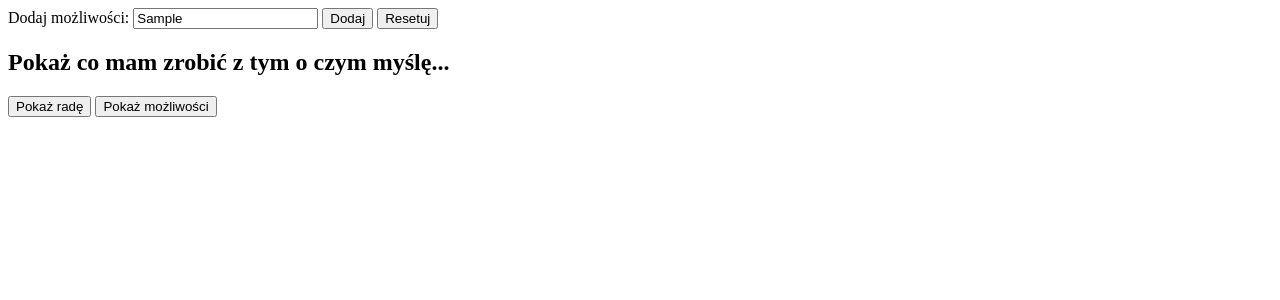
Repository: bartosz1919/Exercise-with-JS---Array_Math_
Page: index.html
The author's editor kept a copy of each file at every save. The page is drawn from the files as they stood at one save, then again after the next save.
The browser window is 1280 px wide. The pictures show the whole page.
Empty fields were first filled with sample values (such as "Sample", 5 or name@example.com).
After loading, the first visible `button.add` was clicked once.

Above is the page before, as saved 2020-03-30 12:39:49.

After the next save:
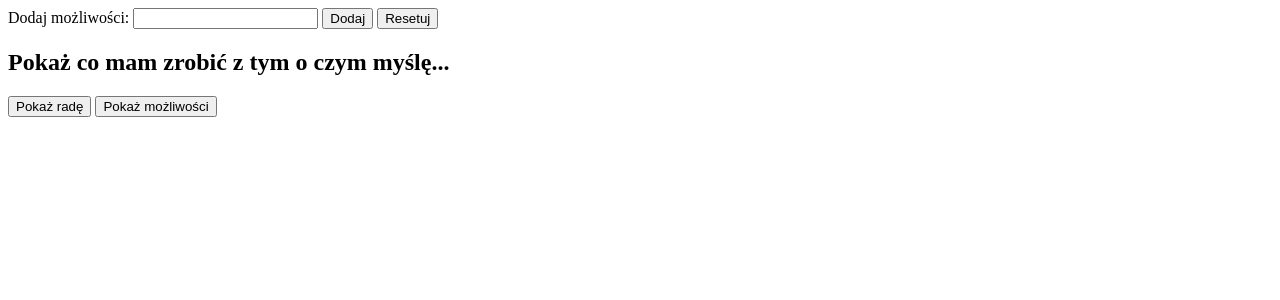
Saved 10 s later.
--- a/script.js
+++ b/script.js
@@ -14,6 +14,7 @@ btnAdd.addEventListener(`click`, (e) => {
     e.preventDefault();
     console.log(input.value);
     array.push(input.value);
+    input.value = "";
     // console.log(array);
 
 })
